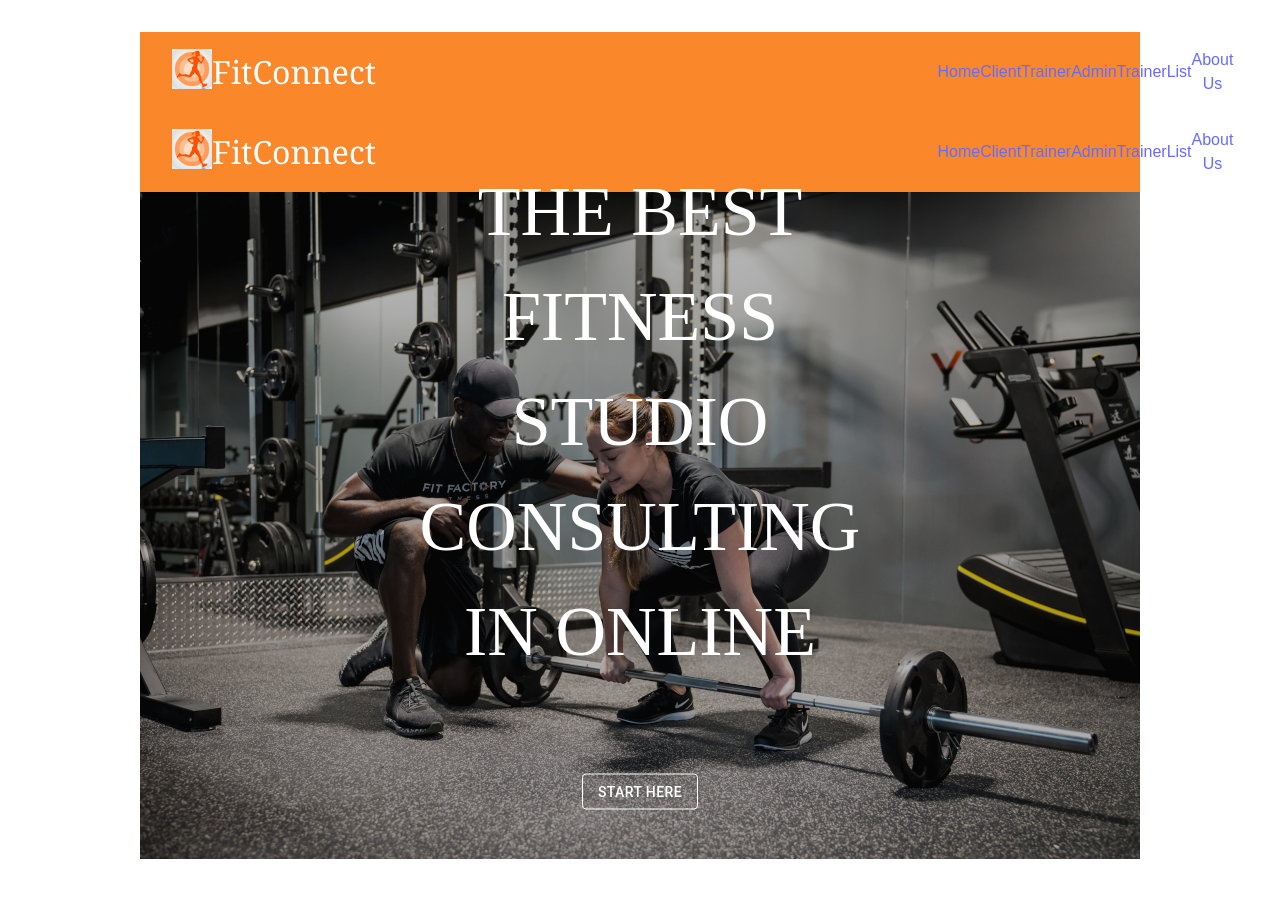
Repository: sarathraj2002/fitconnect
Page: / (app in Frontend/)
The author's editor kept a copy of each file at every save. The page is drawn from the files as they stood at one save, then again after the next save.
The browser window is 1280 px wide. The pictures show the whole page.
The project was rebuilt for these pictures with package versions that can differ from the ones it lists, and the page was loaded fresh each time. Also part of the build but not shown: Frontend/vite.config.js, Frontend/src/components/ClientPage.jsx, Frontend/src/components/TrainerPage.jsx, Frontend/src/components/AdminPage.jsx, Frontend/src/components/TrainerListPage.jsx, Frontend/src/components/AboutUs.jsx.

Above is the page before, as saved 2024-11-08 22:11:42.

### Frontend/index.html
<!doctype html>
<html lang="en">
  <head>
    <meta charset="UTF-8" />
    <link rel="icon" type="image/svg+xml" href="/vite.svg" />
    <meta name="viewport" content="width=device-width, initial-scale=1.0" />
    <title>FitConnect</title>
  </head>
  <body>
    <div id="root"></div>
    <script type="module" src="/src/main.jsx"></script>
  </body>
</html>

### Frontend/src/App.jsx
import React from 'react';
import { useState } from 'react'
import './App.css'
import { Route, Routes } from 'react-router-dom';
import NavBar from './components/NavBar';
import ClientPage from './components/ClientPage';
import TrainerPage from './components/TrainerPage';
import AdminPage from './components/AdminPage';
import TrainerListPage from './components/TrainerListPage';
import AboutUs from './components/AboutUs.jsx';
import Home from './components/Home.jsx';

function App() {
  const [count, setCount] = useState(0)

  return (
    <>


      <NavBar />
      <Routes>
        <Route path="/" element={<Home />}></Route>
        <Route path="/client" element={<ClientPage />}></Route>
        <Route path="/trainer" element={<TrainerPage />} ></Route>
        <Route path="/admin" element={<AdminPage />}></Route>
        <Route path="/trainerlist" element={<TrainerListPage />}></Route>
        <Route path="/about" element={<AboutUs />}></Route>
      </Routes>



    </>
  )
}

export default App

### Frontend/src/components/Navbar.jsx
import React from 'react';
import { Link } from 'react-router-dom';
import './navbar.css';
import { assets } from '../assets/assets';
const Navbar = () => {
  return (
     <nav className="navbar">
    {/* Logo */}
    <div className="navbar-logo">
      <img src={assets.logo} alt="Logo" />
    </div>
    <div className='head'>
      FitConnect
    </div>


        <Link to="/">Home</Link>
        <Link to="/client">Client</Link>
        <Link to="/trainer">Trainer</Link>
        <Link to="/admin">Admin</Link>
        <Link to="/trainerlist">TrainerList</Link>
        <Link to="/about">About Us</Link>

    </nav>
  );
};

export default Navbar;

### Frontend/src/components/Home.jsx
import React from 'react'
import { assets } from '../assets/assets'

import Button from '@mui/material/Button';
import NavBar from './Navbar';
import { Stack } from '@mui/material';
const Home = () => {
  return (

    <>
    <NavBar/>
    <div className='img' style={{ position: 'relative', textAlign: 'center' }}>

    <img
      style={{  width: '100%',filter: 'brightness(70%)' }}
      src={assets.head1}
      alt=""
    />
    <p
      style={{
        position: 'absolute',
        top: '50%',
        left: '50%',
        transform: 'translate(-50%, -50%)',
        color: 'white',
        fontSize: '70px',

        fontFamily:'fantasy'
      }}
    >
      THE BEST FITNESS STUDIO CONSULTING IN ONLINE
      <Stack spacing={2} direction="row" alignItems="center"
      justifyContent="center"
      style={{ height: '30vh' }} >

      <Button variant="outlined" sx={{ color: 'white', borderColor: 'white' }}>START HERE</Button>
    </Stack>

    </p>




    </div>

    </>
  )
}

export default Home;

### Frontend/src/components/Navbar.css
.head{
    font-size:xx-large;
    margin-right: 60%;
    font-family:Georgia, 'Times New Roman', Times, serif;

}
* {
    margin: 0;
    padding: 0;
    box-sizing: border-box;
  }

  body {
    font-family: Arial, sans-serif;
  }

  .navbar {
    display: flex;
    align-items: center;
    justify-content: space-between;
    background-color: #fa8729;
    padding: 1rem 2rem ;
    color: white;
    position: relative;
  }

  .navbar-logo img {
    height: 40px; /* Adjust height as needed */
    width: auto;
  }

  .navbar-links {
    list-style: none;
    display: flex;
    gap: 1.5rem;
  }

  .navbar-links li {
    cursor: pointer;
    color: white;
    font-size: 1rem;
    transition: color 0.3s ease;
  }

  .navbar-links li:hover {
    color: #ec7819;
  }

  .navbar-button {
    padding: 0.5rem 1.5rem;
    border: none;
    background-color: #fa8729;
    color: white;
    border-radius: 5px;
    cursor: pointer;
    transition: background-color 0.3s ease;
  }

  .navbar-button:hover {
    background-color: #e76f51;
  }


  .navbar-toggle {
    display: none;
    font-size: 1.5rem;
    color: white;
    cursor: pointer;
  }


  @media (max-width: 768px) {
    .navbar-links {
      display: none;
      position: absolute;
      top: 60px;
      right: 20px;
      background-color: #333;
      flex-direction: column;
      padding: 1rem;
      gap: 1rem;
      border-radius: 5px;
    }

    .navbar-links.open {
      display: flex;
    }

    .navbar-toggle {
      display: block;
    }
  }

### Frontend/src/assets/assets.js
import logo from './logo.png';
import head1 from './head1.png'

export const assets={
    logo,
    head1
};

Loaded but not shown: Frontend/src/main.jsx (common file); Frontend/src/index.css (common file); Frontend/src/App.css (common file)

After the next save:
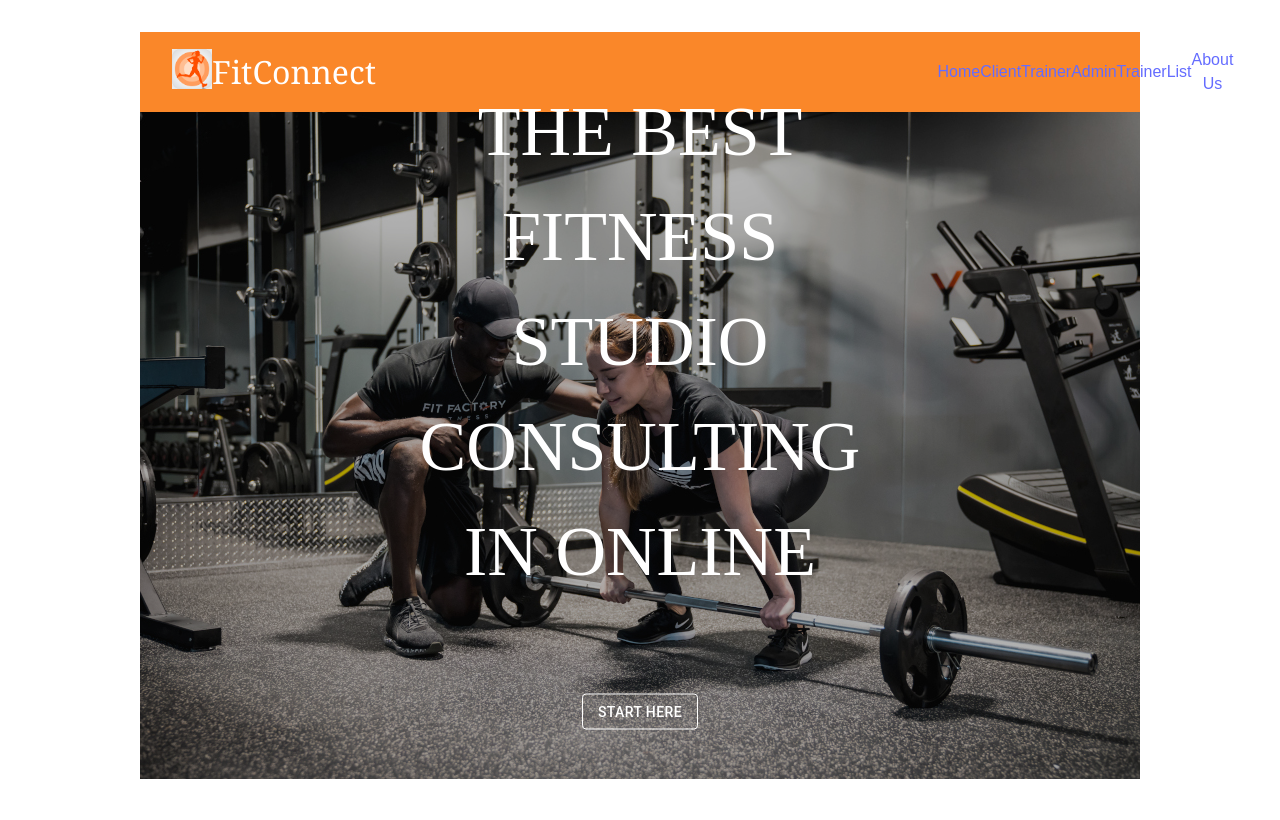
Saved 15 s later.
--- a/Frontend/src/components/Home.jsx
+++ b/Frontend/src/components/Home.jsx
@@ -8,7 +8,7 @@
   return (
 
     <>
-    <NavBar/>
+    {/* <NavBar/> */}
     <div className='img' style={{ position: 'relative', textAlign: 'center' }}>
 
     <img
